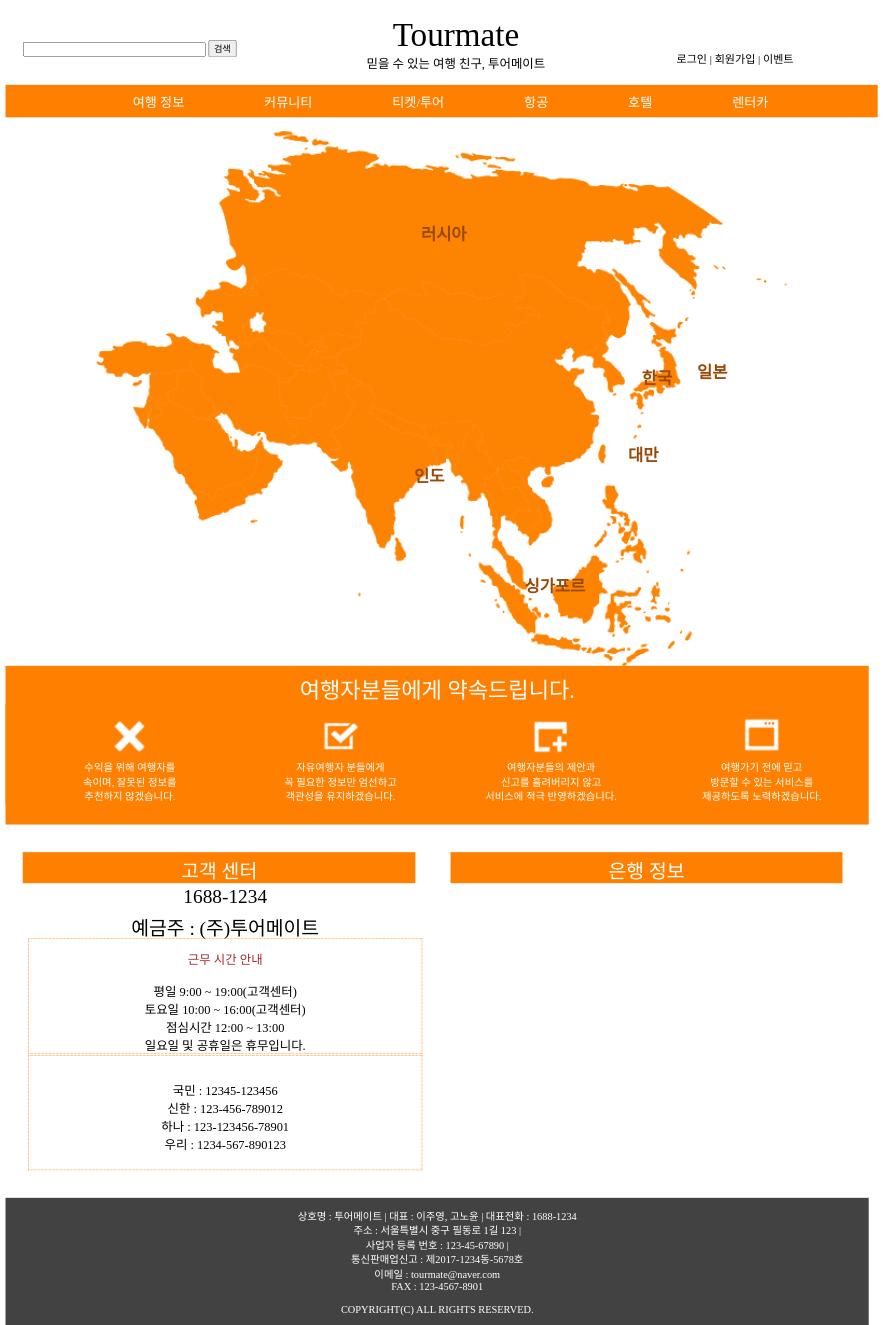
Repository: nohyoonko/2017-2-WP-Tourmate
Page: http://localhost/Tourmate/인기_여행_도시.jsp
The author's editor kept a copy of each file at every save. The page is drawn from the files as they stood at one save, then again after the next save.
The browser window is 1280 px wide. The pictures show the whole page, at 69% of full size.
The page is served by Tomcat 9. Other server files are loaded and not shown.

Above is the page before, as saved 2017-12-02 09:33:12.

### eclipse-workspace/Tourmate/WebContent/인기_여행_도시.jsp
<%@ page language="java" contentType="text/html; charset=UTF-8"
    pageEncoding="UTF-8"%>
<!DOCTYPE html PUBLIC "-//W3C//DTD HTML 4.01 Transitional//EN" "http://www.w3.org/TR/html4/loose.dtd">
<html>
<head>
   <meta http-equiv="Content-Type" content="text/html; charset=UTF-8">
   <title>투어메이트</title>
    <style>
        div { font-family: "함초롬돋움"; }

        div.header1 {
            width: 30%;
            float: left;
            margin-left: 25px;
            margin-top: 50px;
        }

        div.header2 {
            width: 33%;
            height: 60px;
            float: left;
            margin-left: 40px;
            margin-top: 15px;
            color: black;
        }

         div.header2 > a {
           color:black; text-decoration:none;
         }

        div.header3 {
            width: 31%;
            height: 50px;
            float: left;
            margin-right: 10px;
            margin-top: 65px;
        }

      div.footer{
         width:99%;
         height:220px;
         float:left;
         background-color:#FF8000;
         color:white;
         text-align:center;
         padding-top:10px;
      }
      div.promise{
         width:20%;
         float:left;
         height:140px;
         background-color:#FF8000;
         color:white;
         font-size:15px;
         text-align:center;
         padding-top:5px;
         padding-left:55px;
      }
      div.footer2{
         width:45%;
         height:40px;
         float:left;
         font-size:28px;
         background-color:#FF8000;
         color:white;
         text-align:center;
         padding-top:5px;
         margin-left:2%;
         margin-right:2%;
         margin-top:40px;
      }
      div.footer3{
         width:45%;
         height:35px;
         float:left;
         font-size:28px;
         text-align:center;
         padding-top:4px;
         margin-left:34px;
         margin-right:34px;
      }
      div.footer4{
         width:45%;
         height:150px;
         float:left;
         font-size:18px;
         text-align:center;
         padding-top:15px;
         margin-top:2px;
         margin-left:33px;
         margin-right:33px;
         border-width: 1px;
         border-style : dotted;
         border-color : #FF8000;
      }
      div.footer5{
         width:99%;
         height:170px;
         font-size:15px;
         background-color:#424242;
         color:white;
         float:left;
         text-align:center;
         padding-top:15px;
         margin-top:40px;

      }
       #fo{width:60px; height:60px; padding:10px 70px 5px 70px;}

       .menubar {
          background: #FF8000;
          display: inline-block;
           width: 100%;
      }
      .main { margin: 0; padding: 0; font-size: 19px; }
      .main li {
         padding:0% 3% 0% 3%;
           float: left;
           list-style:none;
           position: relative;
      }
      .main li:first-child { margin-left: 10%; }
      .main li:hover { background: #984807; }
      .main a {
           color: white;
           display: block;
           padding: 10px 20px;
           text-decoration: none;
      }
      .main ul {
           background: white;
           display: none;
           padding: 0;
           position: absolute;
           left: 0;
           top: 100%;
           z-index: 2;
           width: 200px;
      }
      .main ul li { float: none; margin-left: 10%; }
      .main ul a { color: #984807; }
      .main ul li:hover { background: white; }
      .main ul li:hover>a { color: #FF8000; }

      #map { margin-top: 20px; }
      #korea_name {
         position: absolute;
         top: 508px;
         left: 930px;
         width: auto;
         color: #984807;
      }
      #korea_info {
         display: none;
         position: absolute;
         top: 520px;
         left: 990px;
         padding: 0.5% 0.5% 0.5% 0.5%;
         background-color: #984807;
         width:280px;
         color: white;
      }
      #japan_name {
         position: absolute;
         top: 500px;
         left: 1010px;
         width: auto;
         color: #984807;
      }
      #japan_info {
         display: none;
         position: absolute;
         top: 300px;
         left: 1070px;
         padding: 0.5% 0.5% 0.5% 0.5%;
         background-color: #984807;
         width:280px;
         color: white;
      }
      #taiwan_name {
         position: absolute;
         top: 620px;
         left: 910px;
         width: auto;
         color: #984807;
      }
      #taiwan_info {
         display: none;
         position: absolute;
         top: 570px;
         left: 970px;
         padding: 0.5% 0.5% 0.5% 0.5%;
         background-color: #984807;
         width:280px;
         color: white;
      }
      #russia_name {
         position: absolute;
         top: 300px;
         left: 610px;
         width: auto;
         color: #984807;
      }
      #russia_info {
         display: none;
         position: absolute;
         top: 300px;
         left: 690px;
         padding: 0.5% 0.5% 0.5% 0.5%;
         background-color: #984807;
         width:280px;
         color: white;
      }
      #singapore_name {
         position: absolute;
         top: 810px;
         left: 760px;
         width: auto;
         color: #984807;
      }
      #singapore_info {
         display: none;
         position: absolute;
         top: 680px;
         left: 860px;
         padding: 0.5% 0.5% 0.5% 0.5%;
         background-color: #984807;
         width:280px;
         color: white;
      }
      #india_name {
         position: absolute;
         top: 650px;
         left: 600px;
         width: auto;
         color: #984807;
      }
      #india_info {
         display: none;
         position: absolute;
         top: 600px;
         left: 660px;
         padding: 0.5% 0.5% 0.5% 0.5%;
         background-color: #984807;
         width:280px;
         color: white;
      }
      #img { width: 90%; }
   </style>
</head>
<body>
    <div class="header1">
        <input type="text" size=30>
        <input type="submit" value="검색">
    </div>
    <a href="투어메이트.html">
    <div class="header2">
        <center>
            <font face="HYHeadLine" size="7">Tourmate</font><br>
            <font face="함초롬돋움" size="4">믿을 수 있는 여행 친구, 투어메이트</font>
        </center>
    </div>
    </a>
    <div class="header3">
        <center>
            <font size="3">로그인 | 회원가입 | 이벤트</font>
        </center>
    </div>

    <!--상단 메뉴바와 하위 메뉴-->
    <script src="//code.jquery.com/jquery.min.js"></script>
   <script>
   $(function(){
        $(".main li").hover(function(){
          $('ul:first',this).show();
        }, function(){
          $('ul:first',this).hide();
        });
   });
   </script>

    <div class="menubar">
        <ul class="main">
            <li>
                 <a href="#">여행 정보</a>
                 <ul>
                  <li><a href="인기_여행_도시.jsp">인기 여행 도시</a></li>
                  <li><a href="#">여행 준비</a></li>
               </ul>
            </li>

            <li>
                <a href="#">커뮤니티</a>
                <ul>
                    <li><a href="#">여행 후기</a></li>
                    <li><a href="#">맛집 추천</a></li>
                </ul>
            </li>

            <li>
                <a href="#">티켓/투어</a>
                <ul>
                    <li><a href="티켓투어_한국.jsp">한국</a></li>
                    <li><a href="#">홍콩</a></li>
                    <li><a href="#">일본</a></li>
                    <li><a href="#">싱가포르</a></li>
                    <li><a href="#">대만</a></li>
                </ul>
            </li>

            <li><a href="#">항공</a></li>
            <li><a href="#">호텔</a></li>
            <li><a href="#">렌터카</a></li>
        </ul>
    </div>

   <!-- 아시아 지도 + 여행지 정보 -->
   <div id="map">
   <center>
      <img src="1_best/아시아 지도.png" width=1000px;>
   </center>
   </div>
   <!-- 여행 정보 보이기&숨기기 -->
   <script type="text/javascript">
      //한국 여행 정보
      function show_K() {
         document.getElementById('korea_info').style.display='block';
      }
      function hide_K() {
         document.getElementById('korea_info').style.display='none';
      }
      //일본 여행 정보
      function show_J() {
         document.getElementById('japan_info').style.display='block';
      }
      function hide_J() {
         document.getElementById('japan_info').style.display='none';
      }
      //대만 여행 정보
      function show_T() {
         document.getElementById('taiwan_info').style.display='block';
      }
      function hide_T() {
         document.getElementById('taiwan_info').style.display='none';
      }
      //러시아 여행 정보
      function show_R() {
         document.getElementById('russia_info').style.display='block';
      }
      function hide_R() {
         document.getElementById('russia_info').style.display='none';
      }
      //싱가포르 여행 정보
      function show_S() {
         document.getElementById('singapore_info').style.display='block';
      }
      function hide_S() {
         document.getElementById('singapore_info').style.display='none';
      }
      //인도 여행 정보
      function show_I() {
         document.getElementById('india_info').style.display='block';
      }
      function hide_I() {
         document.getElementById('india_info').style.display='none';
      }
   </script>
   <!-- 한국 여행 추천 도시 -->
   <div id="korea_name" onmouseover="show_K()" onmouseout="hide_K()">
      <h2 align="center">한국</h2>
   </div>
   <div id="korea_info">
   <center>
      <p><b><font size="4">5월 추천 여행지, 제주도 한국</font></b></p>
      <img id="img" src="1_best/제주도_유채꽃.jpg"><br><br>
   </center>
   5월에 어린이날과 어버이날의 맞이하여 따뜻한 제주도를 추천한다.<br>
   여름이 되기 전 쾌청하고 너무 덥지 않은 적당한 온도로 여행하기 딱 좋다.<br>
   5월 초순에는 노랗게 만개한 유채꽃도 볼 수 있다.
   </div>
   <!-- 일본 여행 추천 도시 -->
   <div id="japan_name" onmouseover="show_J()" onmouseout="hide_J()">
      <h2 align="center">일본</h2>
   </div>
   <div id="japan_info">
   <center>
      <p><b><font size="4">2월 추천 여행지, 삿포로 일본</font></b></p>
      <img id="img" src="1_best/일본_삿포로.PNG"><br><br>
   </center>
   세계 3대 축제, 삿포로 유키 마츠리가 열리는 삿포로.<br>
   눈의 고장이라 불리는 삿포로 떠나자.<br>
   <center>
   <p><b><font size="4">3월 추천 여행지, 교토 일본</font></b></p>
      <img id="img" src="1_best/일본_벚꽃.PNG"><br><br>
   </center>
   벚꽃 여행지의 일본 쿄도다.<br>
   일본의 최성수기로 교토의 청수사, 금각사를 배경으로 펼쳐진 벚꽃 풍경은 어느 각도에서 찍어도 작품이 완성된다.<br>
   </div>
   <!-- 대만 여행 추천 도시 -->
   <div id="taiwan_name" onmouseover="show_T()" onmouseout="hide_T()">
      <h2 align="center">대만</h2>
   </div>
   <div id="taiwan_info">
   <center>
      <p><b><font size="4">11월 추천 여행지, 타이베이 대만</font></b></p>
      <img id="img" src="1_best/대만_타이베이.PNG"><br><br>
   </center>
   대만 여행은 여름을 빗겨 난 계절이면 언제든 좋다.<br>
   대만의 11월은 한국의 9월 중순과 같은 선선한 날씨여서 걸어서 이곳저곳 여행하기에 좋다.<br>
   여름에 비해 강수량이 적어 비 걱정 또한 줄일 수 있다.<br>
   </div>
   <!-- 러시아 여행 추천 도시 -->
   <div id="russia_name" onmouseover="show_R()" onmouseout="hide_R()">
      <h2 align="center">러시아</h2>
   </div>
   <div id="russia_info">
   <center>
      <p><b><font size="4">8월 추천 여행지, 블라디보스톡<br>러시아</font></b></p>
      <img id="img" src="1_best/러시아_블라디보스톡.JPG"><br><br>
   </center>
   시베리아 횡단열차의 시작과 끝으로 요즘 뜨는 여행지.<br>
   8월의 블라디보스톡은 우리나라의 초가을처럼 선선한 날씨로 여행하기 좋다.<br>
   </div>
   <!-- 싱가포르 여행 추천 도시 -->
   <div id="singapore_name" onmouseover="show_S()" onmouseout="hide_S()">
      <h2 align="center">싱가포르</h2>
   </div>
   <div id="singapore_info">
   <center>
      <p><b><font size="4">6월 추천 여행지, 싱가포르</font></b></p>
      <img id="img" src="1_best/싱가포르.jpg"><br><br>
   </center>
   싱가포르는 일 년 내내 덥다.<br>
   더위를 피할 수 없으니 여행 시 고려해야 할 것은 강수량이다.<br>
   비가 특히 많이 오는 겨울, 12월과 1월은 제외하는 것이 좋다.<br>
   </div>
   <!-- 인도 여행 추천 도시 -->
   <div id="india_name" onmouseover="show_I()" onmouseout="hide_I()">
      <h2 align="center">인도</h2>
   </div>
   <div id="india_info">
   <center>
      <p><b><font size="4">12월 추천 여행지, 인도</font></b></p>
      <img id="img" src="1_best/인도_타지마할.jpg"><br><br>
   </center>
   건기인 12월부터 3월까지가 인도를 여행하기 가장 좋은 시기.<br>
   우리나라의 초가을 날씨처럼 시원해 여행하기 쾌적하다.<br>
   만약, 히말라야 트레킹을 원한다며 3월~10월을 추천한다.<br>
   그리고 인도의 봄은 일년 중 가장 뜨거우니 피할 수 있으면 피하자.<br>
   </div>

      <div class="footer">
         <font size="6">여행자분들에게 약속드립니다.</font><br>
         <div class="promise">
            <img id="fo" src="main/footer 그림1.png"><br>
            수익을 위해 여행자를<br>
            속이며, 잘못된 정보를<br>
            추천하지 않겠습니다.
         </div>
         <div class="promise">
            <img id="fo" src="main/footer 그림2.png"><br>
            자유여행자 분들에게<br>
            꼭 필요한 정보만 엄선하고<br>
            객관성을 유지하겠습니다.
         </div>
         <div class="promise">
            <img id="fo" src="main/footer 그림3.png"><br>
            여행자분들의 제안과<br>
            신고를 흘려버리지 않고<br>
            서비스에 적극 반영하겠습니다.
         </div>
         <div class="promise">
            <img id="fo" src="main/footer 그림4.png"><br>
            여행가기 전에 믿고<br>
            방문할 수 있는 서비스를<br>
            제공하도록 노력하겠습니다.
         </div>
      </div>
      <br>
      <div class="footer2">고객 센터</div>
      <div class="footer2">은행 정보</div>
      <br>
      <div class="footer3">1688-1234</div>
      <div class="footer3">예금주 : (주)투어메이트</div>
      <br>
      <div class="footer4">
         <font color="brown" size="4">근무 시간 안내</font><br><br>
         평일 9:00 ~ 19:00(고객센터)<br>
         토요일 10:00 ~ 16:00(고객센터)<br>
         점심시간 12:00 ~ 13:00<br>
         일요일 및 공휴일은 휴무입니다.<br>
      </div>
      <div class="footer4"><br>
         국민 : 12345-123456<br>
         신한 : 123-456-789012<br>
         하나 : 123-123456-78901<br>
         우리 : 1234-567-890123<br>
      </div>
      <div class="footer5">
         상호명 : 투어메이트 | 대표 : 이주영, 고노윤 | 대표전화 : 1688-1234<br>
         주소 : 서울특별시 중구 필동로 1길 123 | <br>
         사업자 등록 번호 : 123-45-67890 |<br>
         통신판매업신고 : 제2017-1234동-5678호<br>
         이메일 : tourmate@naver.com<br>
         FAX : 123-4567-8901<br><br>
         COPYRIGHT(C) ALL RIGHTS RESERVED.<br>
      </div>
</body>
</html>

After the next save:
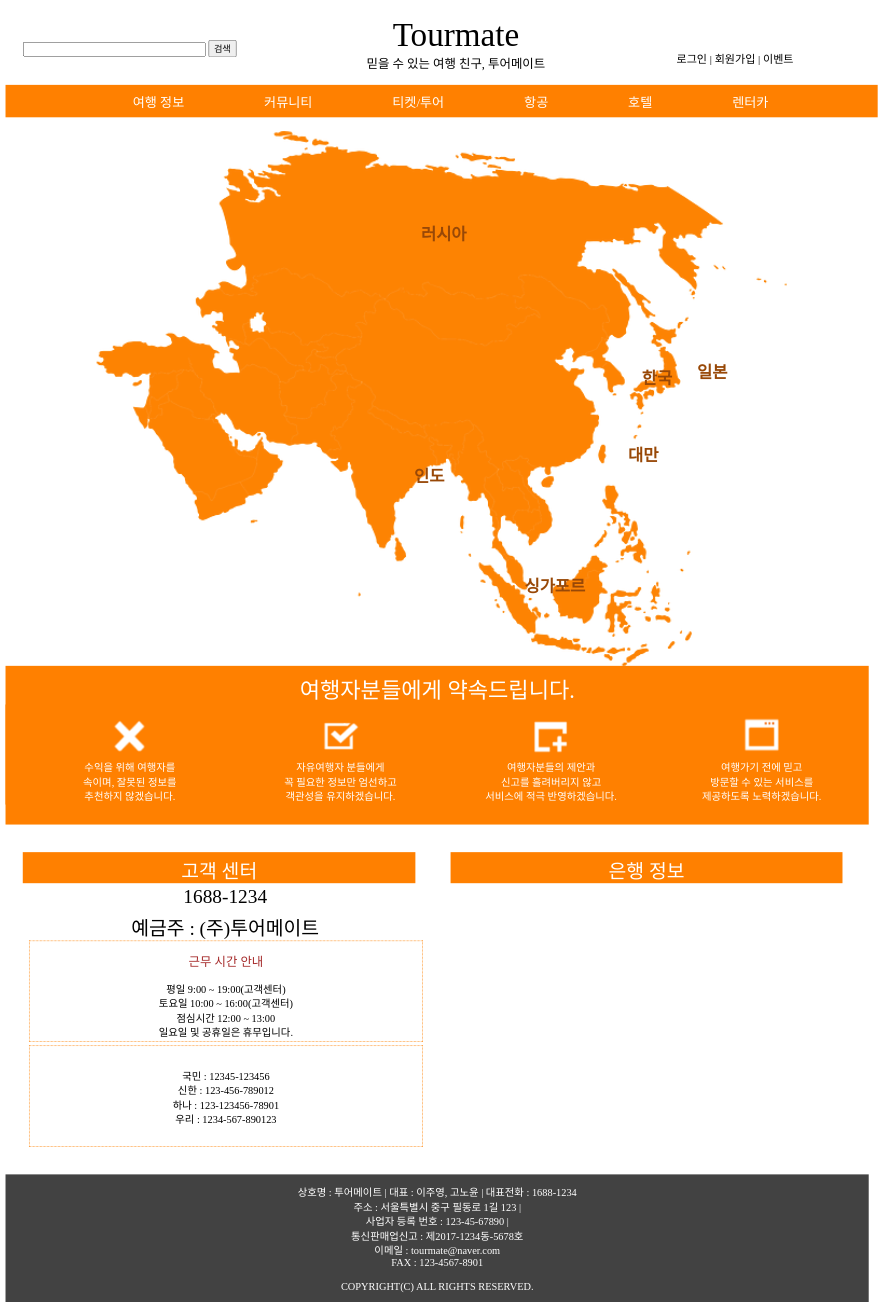
Saved 80 s later.
--- a/eclipse-workspace/Tourmate/WebContent/인기_여행_도시.jsp
+++ b/eclipse-workspace/Tourmate/WebContent/인기_여행_도시.jsp
@@ -79,20 +79,22 @@
          margin-left:34px;
          margin-right:34px;
       }
-      div.footer4{
-         width:45%;
-         height:150px;
-         float:left;
-         font-size:18px;
-         text-align:center;
-         padding-top:15px;
-         margin-top:2px;
-         margin-left:33px;
-         margin-right:33px;
+
+      div.footer4 {
+         width: 45%;
+         height: 130px;
+         float: left;
+         font-size: 15px;
+         text-align: center;
+         padding-top: 15px;
+         margin-top: 5px;
+         margin-left: 34px;
+         margin-right: 34px;
          border-width: 1px;
          border-style : dotted;
          border-color : #FF8000;
       }
+
       div.footer5{
          width:99%;
          height:170px;
